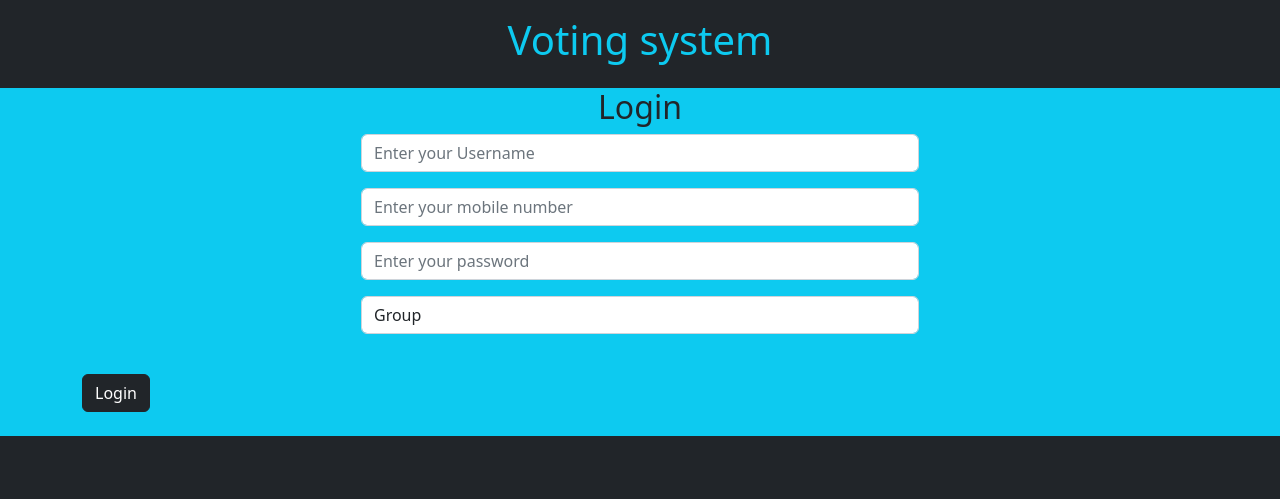
Repository: AvinashLikesToLearnNewStuff/VotingSite
Page: http://localhost/
The author's editor kept a copy of each file at every save. The page is drawn from the files as they stood at one save, then again after the next save.
The browser window is 1280 px wide. The pictures show the whole page.
The page is run by PHP 8.4 with error messages shown; the project is at /var/www/html/.

Above is the page before, as saved 2023-03-09 10:07:53.

### index.php
<!DOCTYPE html>
<html lang="en">
<head>
    <meta charset="UTF-8">
    <meta http-equiv="X-UA-Compatible" content="IE=edge">
    <meta name="viewport" content="width=device-width, initial-scale=1.0">
    <title>PHP voting system</title>
    <!-- bootstrap css link -->
     <link href="https://cdn.jsdelivr.net/npm/bootstrap@5.2.3/dist/css/bootstrap.min.css" rel="stylesheet" integrity="sha384-rbsA2VBKQhggwzxH7pPCaAqO46MgnOM80zW1RWuH61DGLwZJEdK2Kadq2F9CUG65" crossorigin="anonymous">
</head>
<body class="bg-dark">
    <h1 class=  "text-info text-center p-3">Voting system</h1>
    <div class="bg-info">
        <h2 class="text-center">Login</h2>
        <div class="container">
            <form action="">
                <div class="mb-3">
                    <input type="text" name="username" class="form-control w-50 m-auto" placeholder="Enter your Username" required= "required">
                </div>

                <div class="mb-3">
                    <input type="text" name="mobile" class="form-control w-50 m-auto" placeholder="Enter your mobile number" required= "required" maxLength="10" minLength="10">
                </div>

                <div class="mb-3">
                    <input type="password" name="password" class="form-control w-50 m-auto" placeholder="Enter your password" required= "required">
                </div>
                <div class="mb-3">
                    <select name="std" class="form-control w-50 m-auto" >
                        <option value="group">Group</option>
                        <option value="voter">Voter</option>
                    </select>
                </div>
            <button type="submit" class="btn btn-dark my-4">Login</button>
            </form>
        </div>
    </div>

</body>
</html>

After the next save:
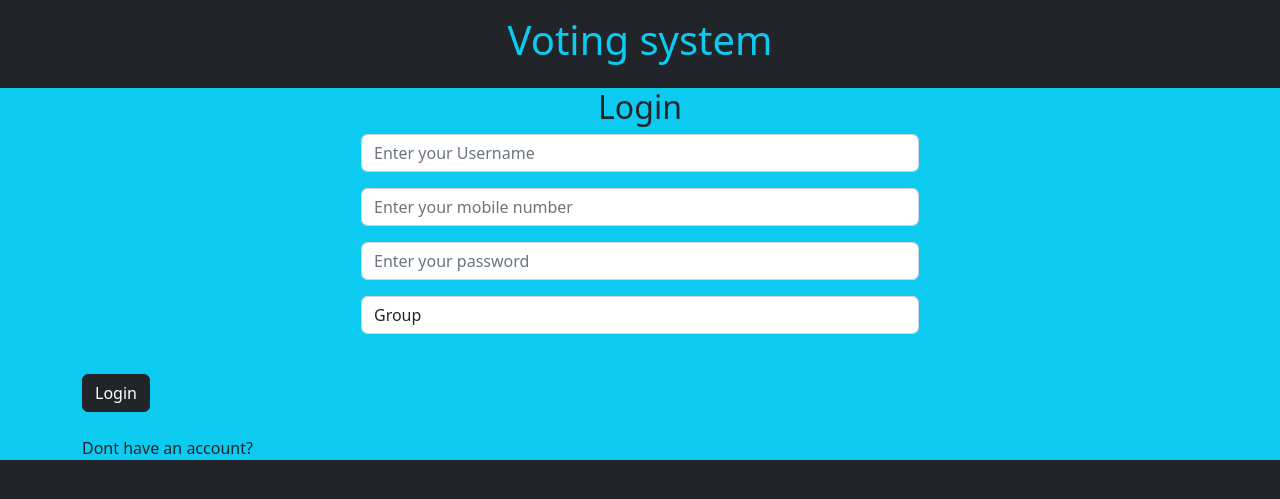
Saved 13 s later.
--- a/index.php
+++ b/index.php
@@ -32,6 +32,7 @@
                     </select>
                 </div>
             <button type="submit" class="btn btn-dark my-4">Login</button>
+            <p>Dont have an account?</p>
             </form>
         </div>
     </div>
